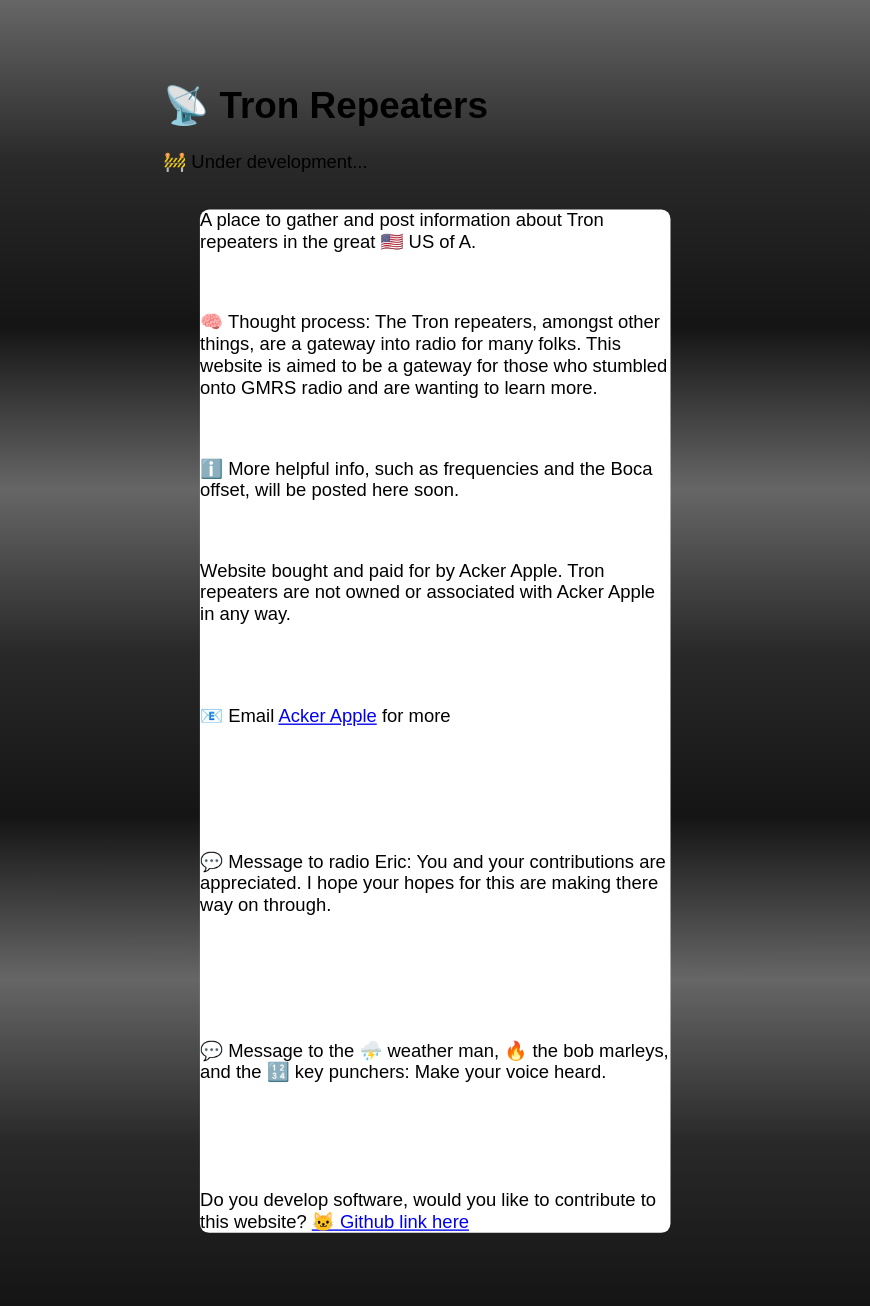
Repository: AckerApple/tronrepeaters
Page: index.html
The author's editor kept a copy of each file at every save. The page is drawn from the files as they stood at one save, then again after the next save.
The browser window is 1280 px wide. The pictures show the whole page, at 68% of full size.
Backgrounds fixed to the window are drawn as part of the page.

Above is the page before, as saved 2025-01-15 14:45:12.

### index.html
<!DOCTYPE html>
<html lang="en">
<head>
  <title>App</title>
  <meta charset="UTF-8" />
  <meta name="viewport" content="viewport-fit=cover, width=device-width, initial-scale=1, maximum-scale=1, minimum-scale=1, user-scalable=0" />
  <meta name="apple-mobile-web-app-title" content="App" />
  <meta name="apple-mobile-web-app-capable" content="yes" />
  <meta name="apple-mobile-web-app-status-bar-style" content="black" />
  <!-- emoji as favicon -->
  <link rel="icon" href="data:[embedded picture, 141 characters]" />
  <style>
    * {box-sizing:border-box;}
    html, body{
      width:100%;height:100%;padding:0;margin:0;font-family: Arial, Helvetica, sans-serif;
      background: #666 linear-gradient(to top, #666, rgba(0, 0, 0, 0.8), rgba(0, 0, 0, 0.6), rgba(0, 0, 0, 0)) no-repeat; /* Create a gradient from black to transparent */
      background-attachment: fixed;
    }
    html {scroll-behavior:smooth;font-size:calc(22px + .4vw);}
    input[type="checkbox"], input[type="radio"] {width:1em;height:1em;}
    select, textarea, button, input {padding:.5vw;border-radius:.5vw;font-size:.9em;}
    a, summary {cursor: pointer}
  </style>
</head>
<body>
  <noscript style="color:red">Javascript is required but is turned off on your device</noscript>
  <div style="display: flex;justify-content: center;">
    <div style="max-width: 800px;margin:2em;">
      <h1> 📡 Tron Repeaters</h1>
      <div>🚧 Under development...</div>
      <div style="background-color: white;border-radius: .5em;margin:2em;">
        <p>A place to gather and post information about Tron repeaters in the great 🇺🇸 US of A.</p>
        <br />
        <p>🧠 Thought process: The Tron repeaters, amongst other things, are a gateway into radio for many folks. This website is aimed to be a gateway for those who stumbled onto GMRS radio and are wanting to learn more.</p>
        <br />
        <p>ℹ️ More helpful info, such as frequencies and the Boca offset, will be posted here soon.</p>
        <br />
        <p>Website bought and paid for by Acker Apple. Tron repeaters are not owned or associated with Acker Apple in any way.</p>
        <br /><br />
        <p>📧 Email <a href="mailto:me@ackerapple.com?subject=TronRepeaters">Acker Apple</a> for more</p>
        <br /><br /><br /><br />
        <p>💬 Message to radio Eric: You and your contributions are appreciated. I hope your hopes for this are making there way on through.</p>
        <br /><br /><br /><br />
        <p>💬 Message to the ⛈️ weather man, 🔥 the bob marleys, and the 🔢 key punchers: Make your voice heard.</p>
        <br /><br /><br /><br />
        Do you develop software, would you like to contribute to this website?
        <a href="https://github.com/AckerApple/tronrepeaters">🐱 Github link here</a>
      </div>
    </div>
  </div>
</body>
</html>

After the next save:
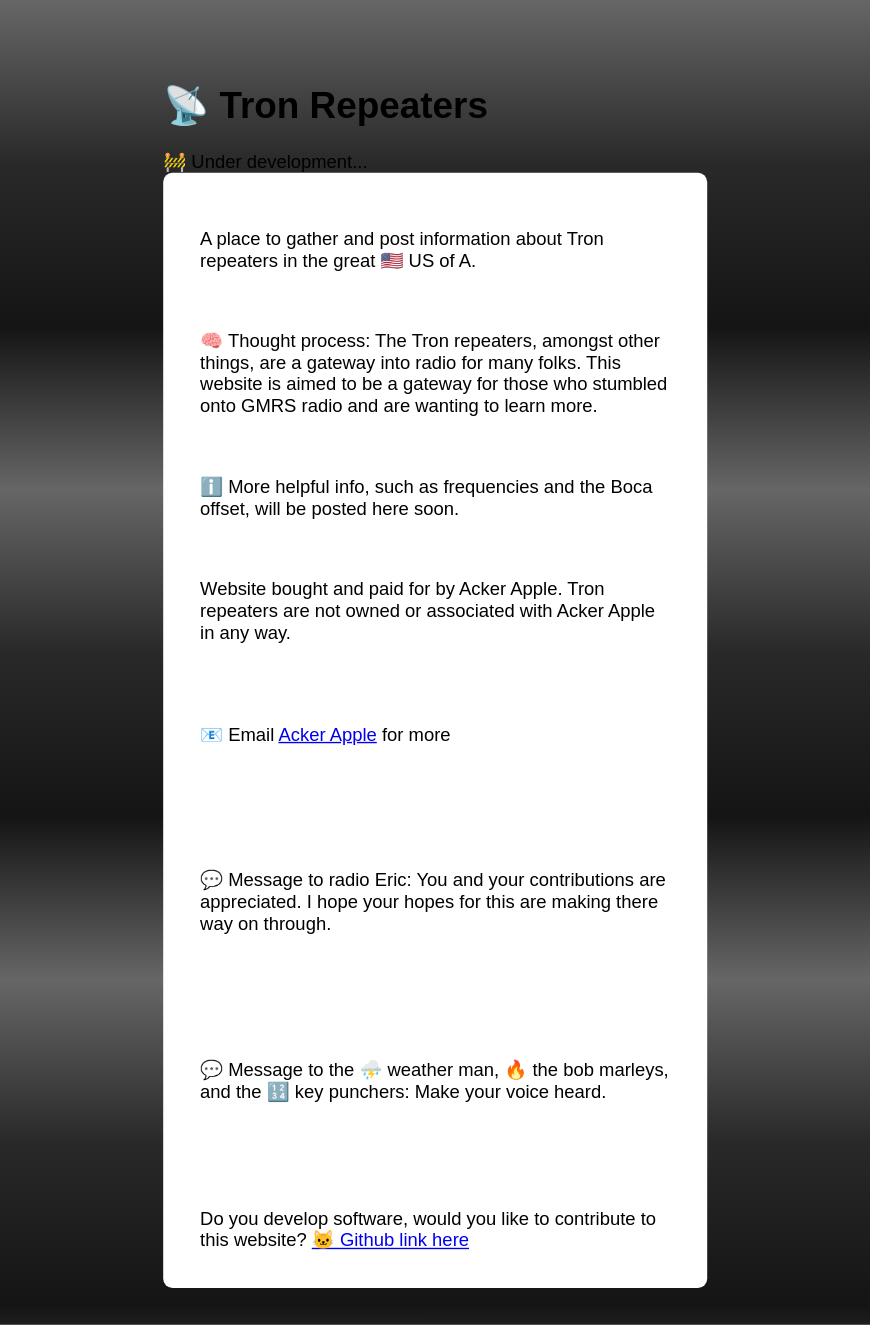
Saved 5 s later.
--- a/index.html
+++ b/index.html
@@ -28,7 +28,7 @@
     <div style="max-width: 800px;margin:2em;">
       <h1> 📡 Tron Repeaters</h1>
       <div>🚧 Under development...</div>
-      <div style="background-color: white;border-radius: .5em;margin:2em;">
+      <div style="background-color: white;border-radius: .5em;padding:2em;">
         <p>A place to gather and post information about Tron repeaters in the great 🇺🇸 US of A.</p>
         <br />
         <p>🧠 Thought process: The Tron repeaters, amongst other things, are a gateway into radio for many folks. This website is aimed to be a gateway for those who stumbled onto GMRS radio and are wanting to learn more.</p>
